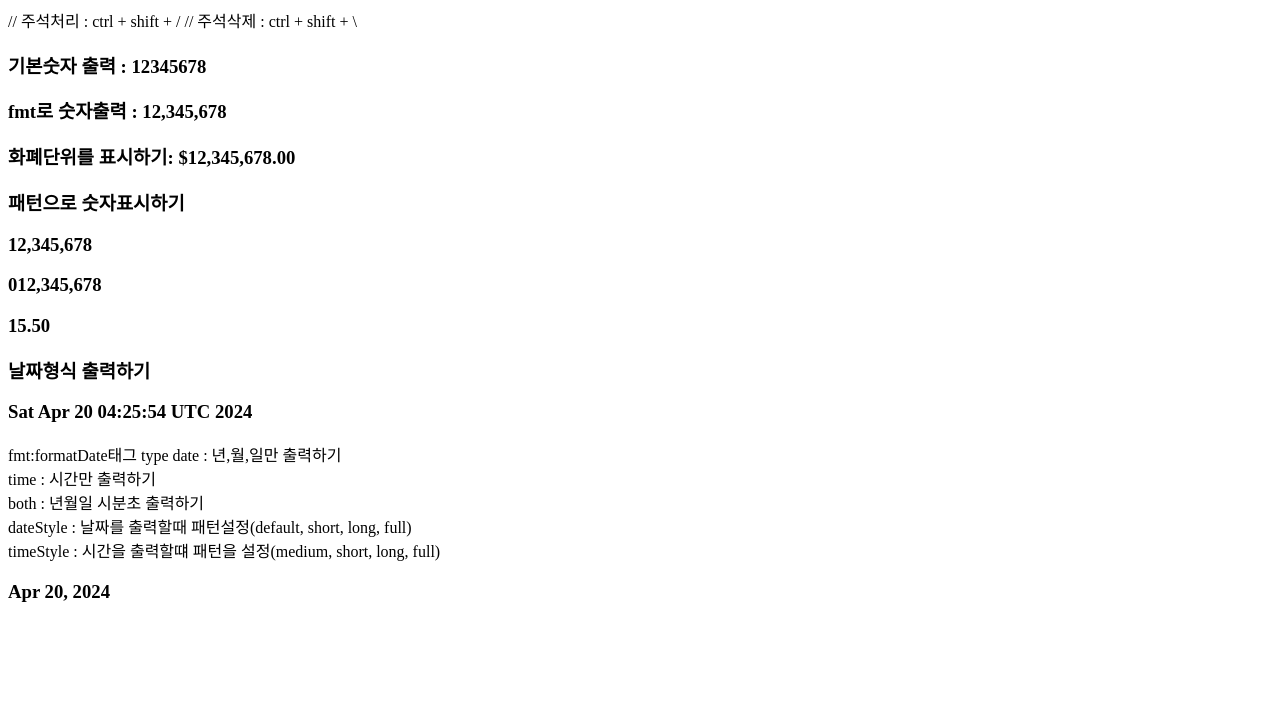
Repository: yongmin0309/mybatis1
Page: http://localhost/eL_JSTL/views/jstl/formattag.jsp
These files come from the project's save history. The page is drawn as it stood at one moment and after the next save; the edit follows.
The browser window is 1280 px wide. The pictures show the whole page.
The page is served by Tomcat 9. Other server files are loaded and not shown.

Above is the page before, as saved 2024-04-20 08:21:05.

### work/eL_JSTL/src/main/webapp/views/jstl/formattag.jsp
<%@ page language="java" contentType="text/html; charset=UTF-8"
    pageEncoding="UTF-8"%>
<%@ taglib prefix="c" uri="http://java.sun.com/jsp/jstl/core" %>
<%@ taglib prefix="fmt" uri="http://java.sun.com/jsp/jstl/fmt" %>
<!DOCTYPE html>
<html>
<head>
<meta charset="UTF-8">
<title>Insert title here</title>
</head>
<body>

	// 주석처리 : ctrl + shift + /
	// 주석삭제 : ctrl + shift + \
	<c:set var="numbertest" value="12345678"/>

	<h3>기본숫자 출력 : <c:out value="${numbertest }"/></h3>
	<h3>fmt로 숫자출력 : <fmt:formatNumber value="${numbertest }"/></h3>
	<%-- <fmt:setLocale value="ko_KR"/> --%>
	<h3>화폐단위를 표시하기: <fmt:formatNumber value="${numbertest }"
	type="currency"/></h3>

	<h3>패턴으로 숫자표시하기</h3>
	<h3><fmt:formatNumber value="${numbertest }" pattern="###,###,###"/></h3>
	<h3><fmt:formatNumber value="${numbertest }" pattern="000,000,000"/></h3>
	<%-- <fmt:setLocale value="en_US"/> --%>
	<h3><fmt:formatNumber value="15.5" pattern="###,###.00"/></h3>


	<h3>날짜형식 출력하기</h3>
	<c:set var="today" value="<%=new java.util.Date() %>"/>
	<h3><c:out value="${today }"/></h3>
	<p>
		fmt:formatDate태그
			type
				date : 년,월,일만 출력하기 <br>
				time : 시간만 출력하기 <br>
				both : 년월일 시분초 출력하기 <br>
			dateStyle : 날짜를 출력할때 패턴설정(default, short, long, full) <br>
			timeStyle : 시간을 출력할떄 패턴을 설정(medium, short, long, full) <br>
	</p>

	<h3><fmt:formatDate value="${today }" type="date"/></h3>





</body>
</html>

After the next save:
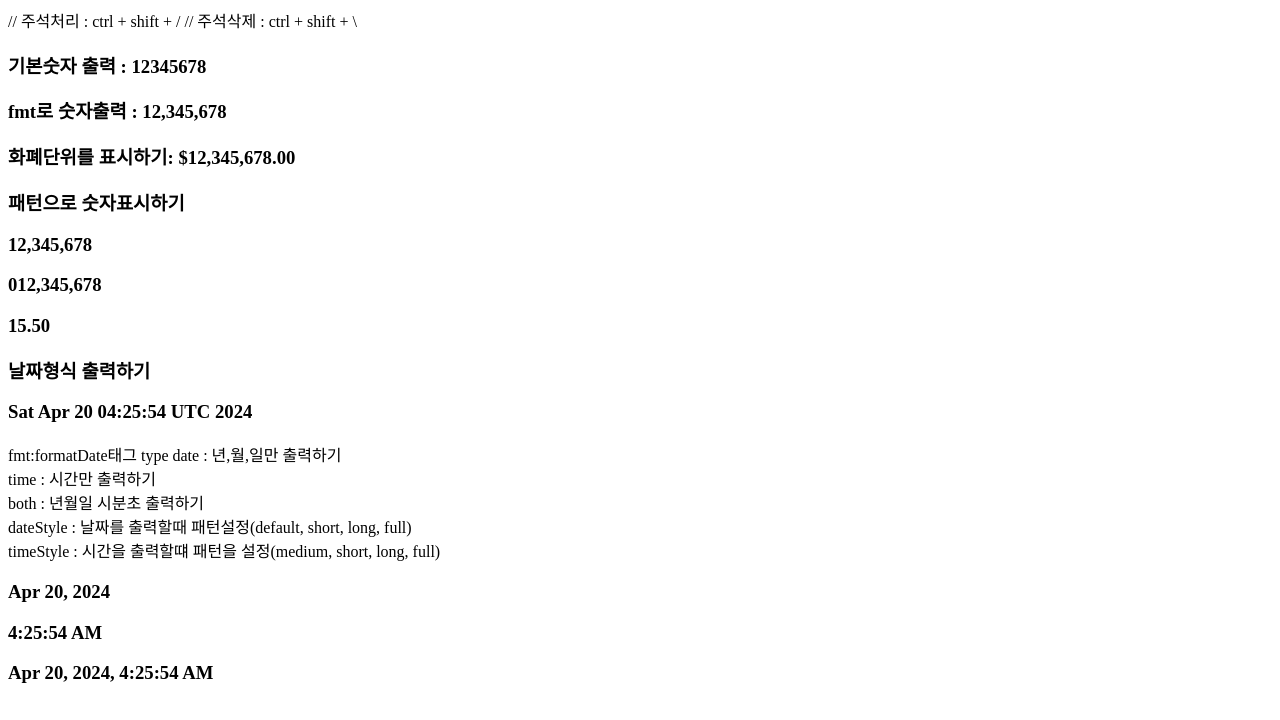
Saved 8 s later.
--- a/work/eL_JSTL/src/main/webapp/views/jstl/formattag.jsp
+++ b/work/eL_JSTL/src/main/webapp/views/jstl/formattag.jsp
@@ -41,6 +41,8 @@
 	</p>
 
 	<h3><fmt:formatDate value="${today }" type="date"/></h3>
+	<h3><fmt:formatDate value="${today }" type="time"/></h3>
+	<h3><fmt:formatDate value="${today }" type="both"/></h3>
 
 
 
